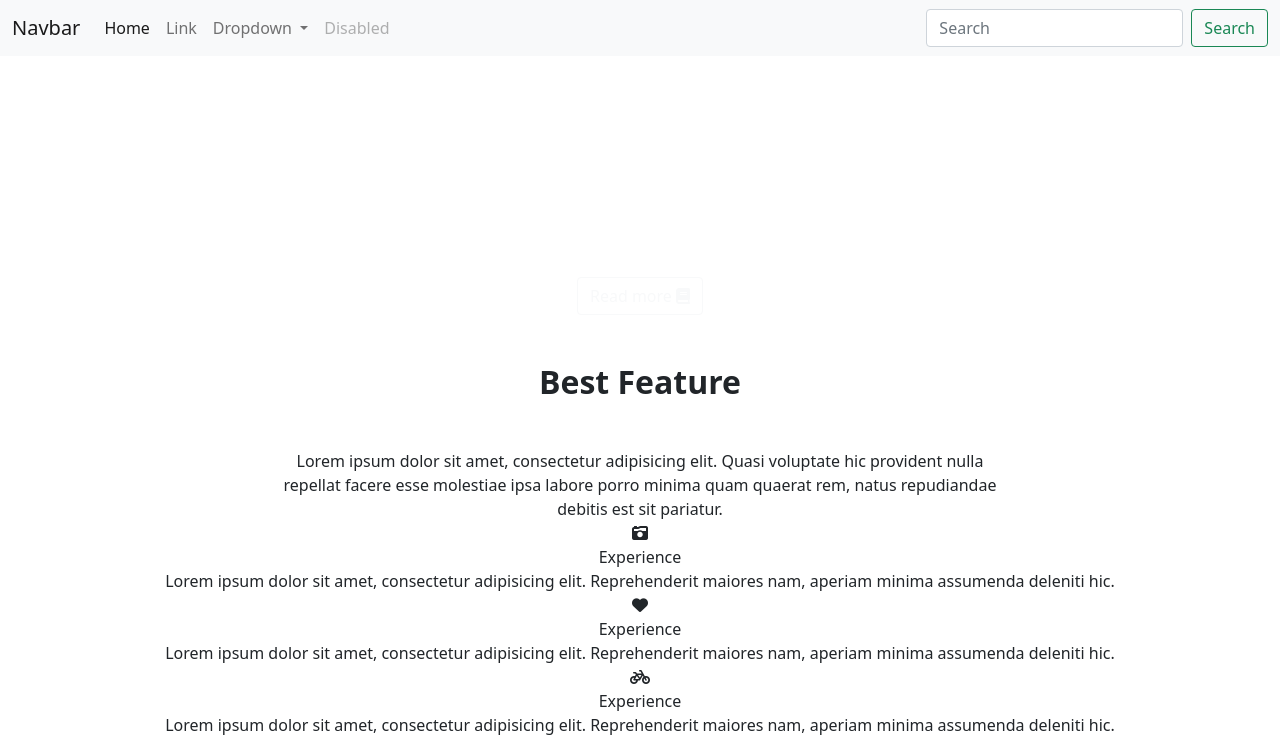
Repository: nptg3105/lab04-landing-page-boostrap5
Page: index.html
The author's editor kept a copy of each file at every save. The page is drawn from the files as they stood at one save, then again after a run of saves.
The browser window is 1280 px wide. The pictures show the whole page.

Above is the page before, as saved 2021-12-19 10:11:15.

After the next 2 saves:
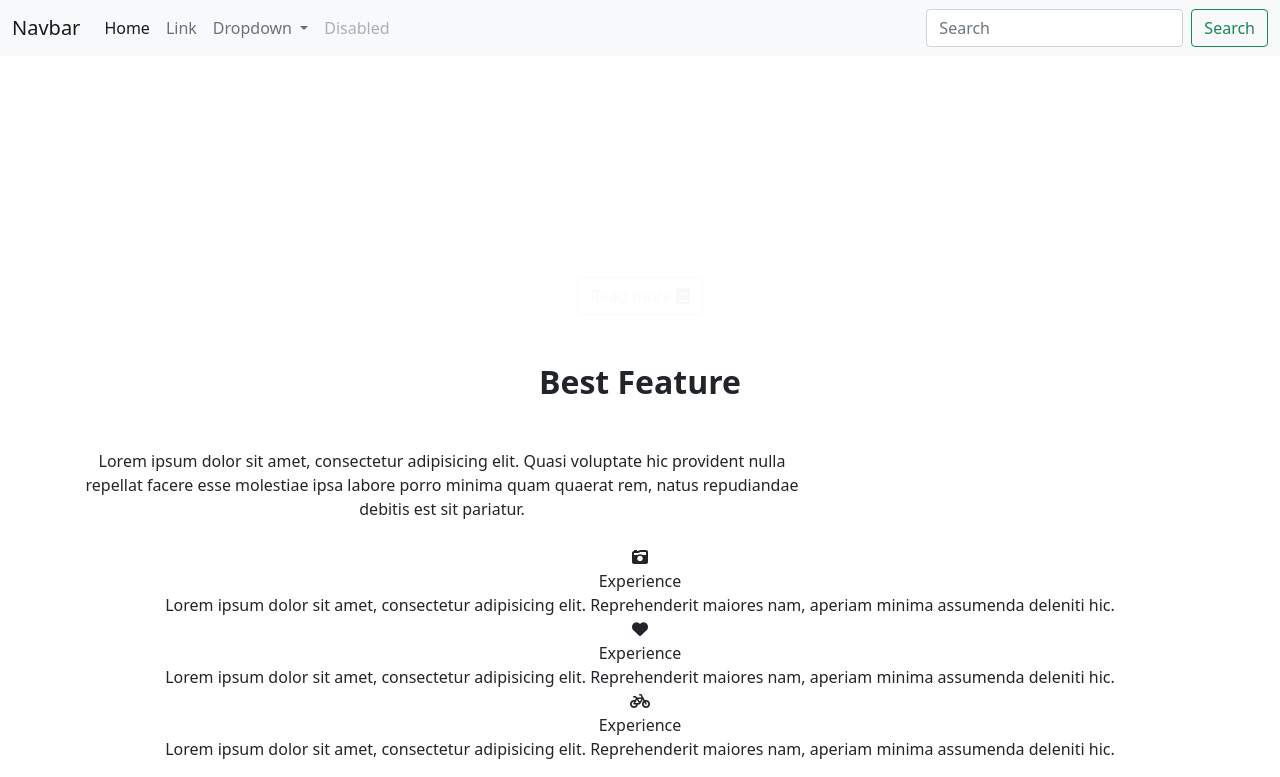
The 2 saves are shown as one change because they came seconds apart.
The last was saved 2 min 2 s later.
--- a/index.html
+++ b/index.html
@@ -90,7 +90,7 @@
       <div class="feature text-center mt-5">
         <div class="container">
           <h2 class="feature__heading fw-bold mb-5">Best Feature</h2>
-          <div class="feature__detail col-md-8 m-auto">Lorem ipsum dolor sit amet, consectetur adipisicing elit. Quasi voluptate hic provident nulla repellat facere esse molestiae ipsa labore porro minima quam quaerat rem, natus repudiandae debitis est sit pariatur.</div>
+          <div class="feature__detail row d-flex justify-content-center mb-4 col-md-8">Lorem ipsum dolor sit amet, consectetur adipisicing elit. Quasi voluptate hic provident nulla repellat facere esse molestiae ipsa labore porro minima quam quaerat rem, natus repudiandae debitis est sit pariatur.</div>
           <div class="feature__list">
             <div class="feature__item">
               <div class="feature__icon"><i class="fas fa-camera-retro"></i></div>
